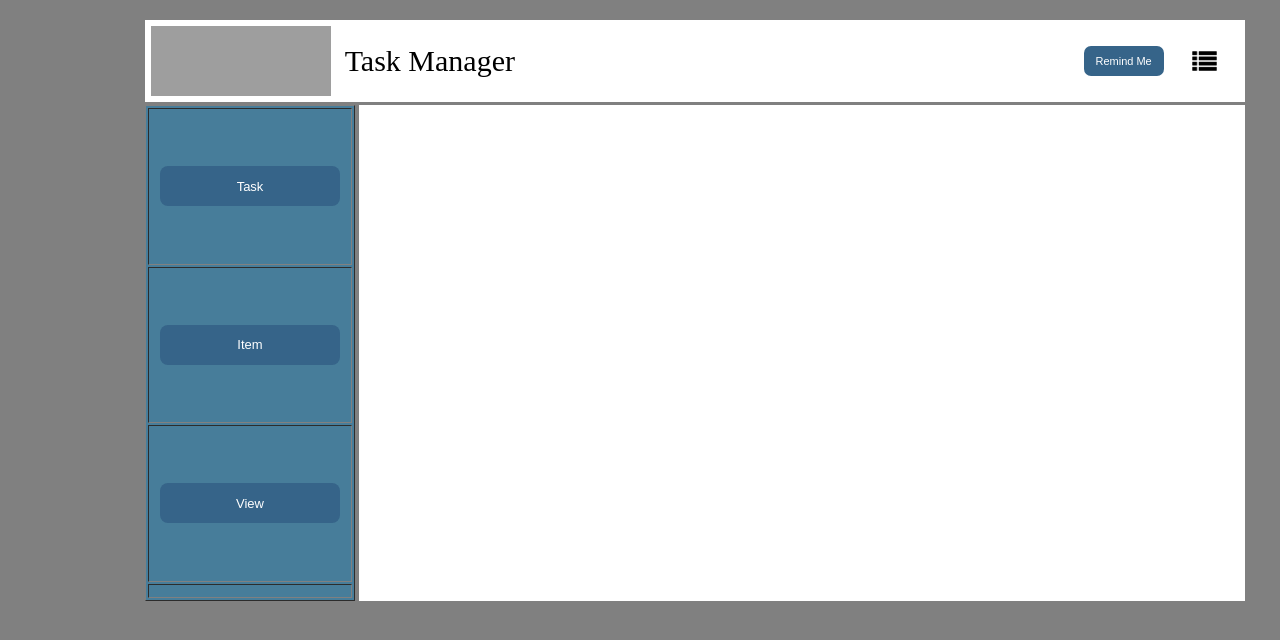
Repository: SnehaSalvi/TaskManagerProject
Page: http://localhost/TaskManagerChecklist/Home.jsp
The author's editor kept a copy of each file at every save. The page is drawn from the files as they stood at one save, then again after the next save.
The browser window is 1280 px wide. The pictures show the whole page.
Pictures or frames that could not be fetched are drawn as grey boxes. The page is served by Tomcat 9. Other server files are loaded and not shown.

Above is the page before, as saved 2016-10-13 11:03:20.

### TaskManagerChecklist/WebContent/Home.jsp
<%@ page language="java" contentType="text/html; charset=ISO-8859-1" pageEncoding="ISO-8859-1"%>
<!DOCTYPE html PUBLIC "-//W3C//DTD HTML 4.01 Transitional//EN" "http://www.w3.org/TR/html4/loose.dtd">
<html>
<head>
<meta http-equiv="Content-Type" content="text/html; charset=ISO-8859-1">
<title>Insert title here</title>
<link href="home.css" type="text/css" rel="stylesheet"/>
</head>
<body>
<form>
<table id="table1">
<tr>
<td id="td1">
<img id="banner" src="images/banner.jpg"/>
</td>
<td id="td_blank">
</td>
<td id="td2">
Task Manager
</td>

<td id="td3" align="center">
<input type="button" name="remind" id="button1" value="Remind Me"/>
</td>
<td id="td4" align="center">
<img id="list" src="images/list.png"/>
</td>
</tr>
</table>
<table></table>
<table>
<tr>
<td>
<table id="table2" border="1">
<tr>
<td align="center">
<input type="button" name="task" id="button2" value="Task"/>
</td>
</tr>
<tr>
<td align="center">
<input type="button" name="item" id="button2" value="Item"/>
</td>
</tr>
<tr>
<td align="center">
<input type="button" name="view" id="button2" value="View"/>
</td>
</tr>
<tr>
<td rowspan="7" align="center">
</td>
</tr>
</table>
</td>
<td>
<table id="table3">
<tr>
<td id="#td6">
</td>
</tr>
</table>
</td>
</tr>
</table>
</form>
<!--<form action="Hello">
Name:<input type="text" name="user"/>
<input type="submit" value="go"/>
</form>-->
</body>
</html>

### TaskManagerChecklist/WebContent/home.css
body
{
	background-position: center;
	background-color:gray;
	margin-left: 140px;
	margin-top: 20px;
	margin-right: 120px;
	margin-bottom: 20px;
	background-repeat: no-repeat;
}
#table1
{
	margin-left:5px;
	background-color:white;
	background-position: center;
	height: 76px;
	width:1100px;

}
#table2
{
	margin-left:2px;
	background-color:#477d9a;
	background-position: center;
	height: 496px;
	width:210px;


}
#table3
{
	background-color:white;
	background-position: center;
	height: 496px;
	width:886px;

}
#table4
{

	background-position: center;
	height: 497px;
	width:1100px;
}
img
{
	border-style:double;
	border-color: white;
}
tr
{

}
#div1
{
	width: 600px;
	height: 400px;
}
#td1
{
	width:185px;
	height:75px;
	background-color:
}
#td2
{
	width:735px;
	height:75px;
	font-family: serif;
	font-size: 30px;
	font-style: inherit;

}
#td3
{
	width:80px;
	height:75px;
}
#td4
{
	width:30x;
	height:75px;
}
#td_blank
{
	width:100x;
	height:75px;
}

#td6
{
	width:1050x;
	height:495px;


}
#banner
{

	width: 180px;
	height: 70px;
}
#list
{

	width: 25px;
	height: 20px;
}
#button1
{
    height: 30px;
    width: 80px;
    border-radius: 7px;
    border: 1px solid #000;
    font-family: sans-serif;
    background-color:#366489;
    color:white;
    font-size: 11px;
    border: 0;
}
#button2
{
    height: 40px;
    width: 180px;
    border-radius: 8px;
    border: 1px solid #000;
    font-family:sans-serif;
    font-size: 13px;
   background-color:#366489;
   color:white;
    border: 0;
}
#div3
{
	width: 510px;
	height: 350px;
}

After the next save:
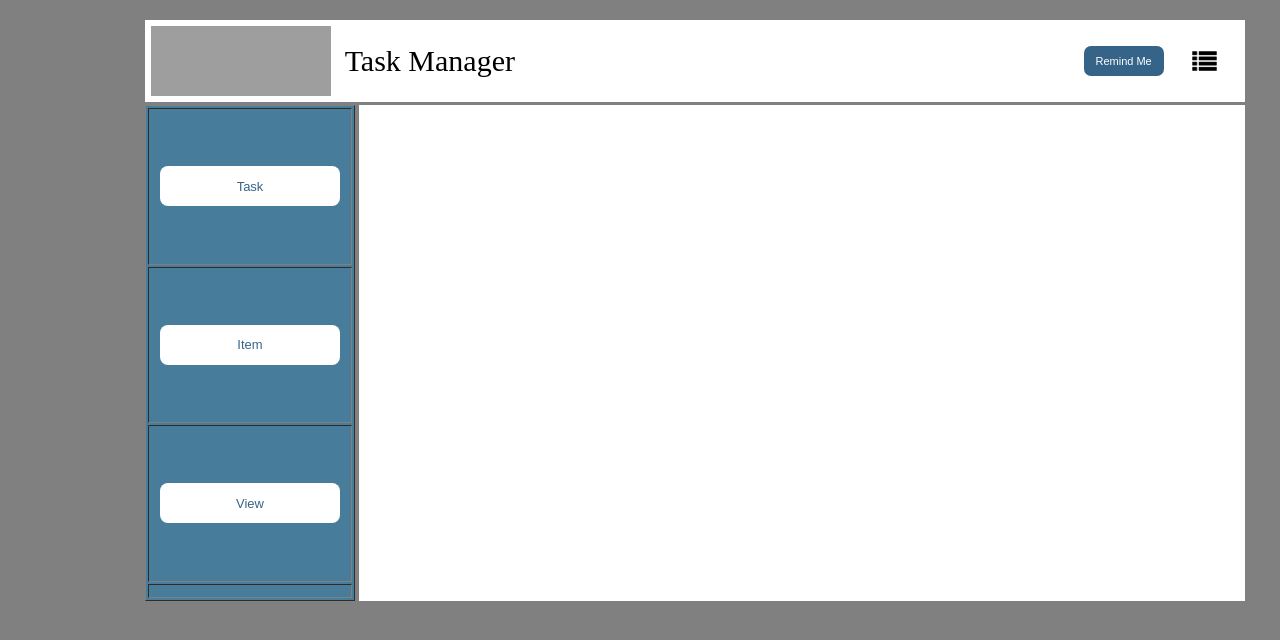
Saved 41 s later.
--- a/TaskManagerChecklist/WebContent/home.css
+++ b/TaskManagerChecklist/WebContent/home.css
@@ -126,8 +126,8 @@ tr
     border: 1px solid #000;
     font-family:sans-serif;
     font-size: 13px;
-   background-color:#366489;
-   color:white;
+   background-color:white;
+   color:#366489;
     border: 0;
 }
 #div3
